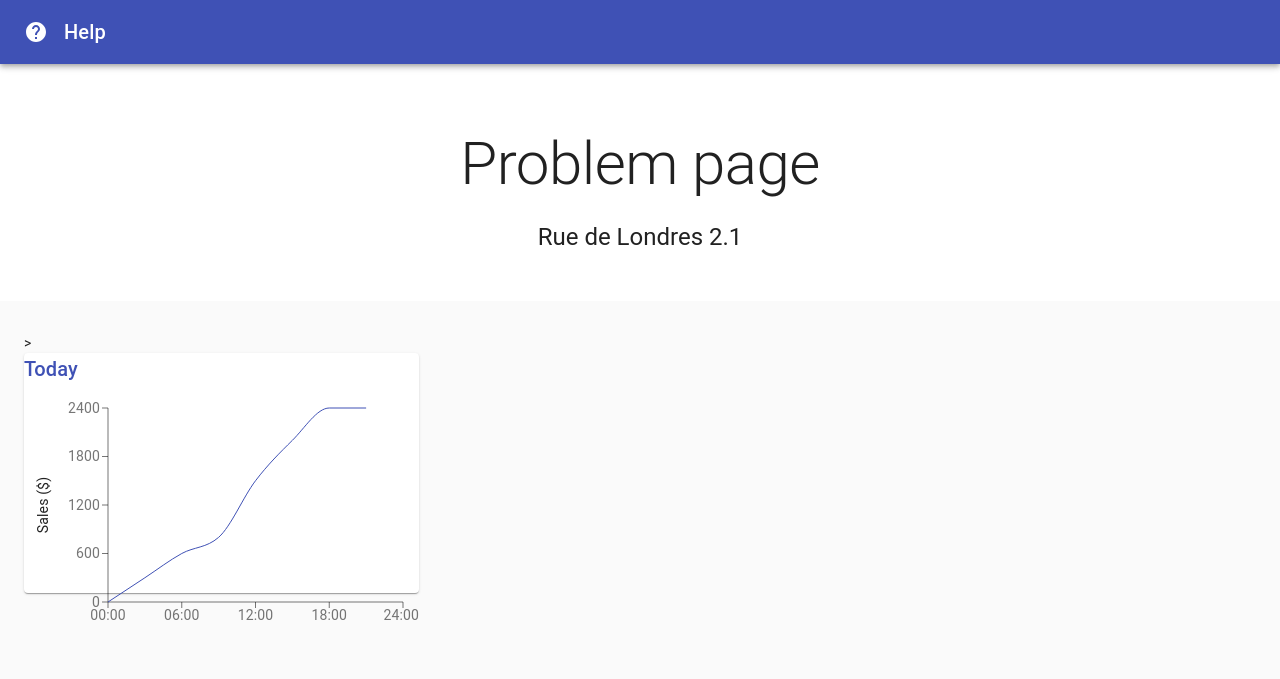
Repository: sapbrussels/intelligenthighway_webapp
Page: /Problempage (app in router/)
The author's editor kept a copy of each file at every save. The page is drawn from the files as they stood at one save, then again after the next save.
The browser window is 1280 px wide. The pictures show the whole page.
The project was rebuilt for these pictures with package versions that can differ from the ones it lists, and the page was loaded fresh each time. Also part of the build but not shown: router/src/App.css, router/src/Login.js, router/src/Maps.js, router/src/Jobspage.js, router/src/Direction.js, router/src/Maintenance.js, router/src/Help.js.

Above is the page before, as saved 2020-03-31 14:56:59.

### router/src/App.js
import React from 'react';
import {BrowserRouter, Route, Switch} from "react-router-dom";
import './App.css';
import Login from './Login';
import Jobspage from'./Jobspage';
import Maintenance from './Maintenance';
import Help from './Help';
import Problempage from './Problempage';

function App() {
  return (
    <BrowserRouter>
    <Switch>
     <Route path='/' exact component={Login}/>
     <Route path='/Jobspage' exact component={Jobspage}/>
     <Route path='/Maintenance' exact component={Maintenance}/>
     <Route path='/Help' exact component={Help}/>
     <Route path='/Problempage' exact component={Problempage}/>
     </Switch>
    </BrowserRouter>

  );
}

export default App;

### router/src/Problempage.js
import React from 'react';
import AppBar from '@material-ui/core/AppBar';
import HelpIcon from '@material-ui/icons/Help';
import Paper from '@material-ui/core/Paper';
import CssBaseline from '@material-ui/core/CssBaseline';
import Grid from '@material-ui/core/Grid';
import Toolbar from '@material-ui/core/Toolbar';
import Typography from '@material-ui/core/Typography';
import { makeStyles } from '@material-ui/core/styles';
import Container from '@material-ui/core/Container';

import Voltage from './Voltage';

const useStyles = makeStyles((theme) => ({
  icon: {
    marginRight: theme.spacing(2),
  },
  heroContent: {
    backgroundColor: theme.palette.background.paper,
    padding: theme.spacing(8, 0, 6),
  },
  heroButtons: {
    marginTop: theme.spacing(4),
  },
  cardGrid: {
    paddingTop: theme.spacing(8),
    paddingBottom: theme.spacing(8),
  },
  card: {
    height: '100%',
    display: 'flex',
    flexDirection: 'column',

  },
  cardMedia: {
    paddingTop: '100%', // 16:9
  },
  cardContent: {
    flexGrow: 1,
  },
  footer: {
    backgroundColor: theme.palette.background.paper,
    padding: theme.spacing(6),
  },
  container: {
    paddingTop: theme.spacing(4),
    paddingBottom: theme.spacing(4),
  },
  paper: {
    height: 240,
  },
}));



export default function Album() {
  const classes = useStyles();

  return (
    <React.Fragment>
      <CssBaseline />
      <AppBar position="relative">
        <Toolbar>
          <HelpIcon className={classes.icon} />
          <Typography variant="h6" color="inherit" noWrap>
            Help
          </Typography>
        </Toolbar>
      </AppBar>
      <main>
        {/* Hero unit */}
        <div className={classes.heroContent}>
          <Container maxWidth="sm">
            <Typography component="h1" variant="h2" align="center" color="textPrimary" gutterBottom>
              Problem page
            </Typography>

              <Grid container spacing={2} justify="center">
                <Grid item>
                <Typography variant="h5">
                 Rue de Londres 2.1
                </Typography>
                </Grid>
              </Grid>

          </Container>
        </div>
        <main className={classes.content}>
        <div className={classes.appBarSpacer} />
        <Container maxWidth="lg" className={classes.container}> {/* lg */}
          <Grid container spacing={3}>
          <Grid  item xs={12} md={8} lg={4}> >
              <Paper className={classes.paper}>
                <Voltage />
              </Paper>
            </Grid>
          </Grid>
        </Container>
      </main>
    </main>
    </React.Fragment>
  );
}

### router/src/listItems.js
import React from 'react';
import ListItem from '@material-ui/core/ListItem';
import ListItemIcon from '@material-ui/core/ListItemIcon';
import ListItemText from '@material-ui/core/ListItemText';
import DashboardIcon from '@material-ui/icons/Dashboard';
import ShoppingCartIcon from '@material-ui/icons/ShoppingCart';
import PeopleIcon from '@material-ui/icons/People';
import { Link } from "react-router-dom";

export const mainListItems = (
  <div>
        <ListItem >
          <ListItemIcon>
            <DashboardIcon />
          </ListItemIcon>
          <ListItemText  primary="jobs page" />
        </ListItem>
      <Link to='/Maintenance'>
          <ListItem button>
          <ListItemIcon>
            <ShoppingCartIcon />
          </ListItemIcon>
          <ListItemText primary="History" />
        </ListItem></Link>
      <Link to='/Help'>
          <ListItem button>
          <ListItemIcon>
            <PeopleIcon />
          </ListItemIcon>
          <ListItemText primary="help" />
        </ListItem></Link>
  </div>
);

### router/src/LightStatus.js
import React from 'react';
import Link from '@material-ui/core/Link';
import { makeStyles } from '@material-ui/core/styles';
import Table from '@material-ui/core/Table';
import TableBody from '@material-ui/core/TableBody';
import TableCell from '@material-ui/core/TableCell';
import TableHead from '@material-ui/core/TableHead';
import TableRow from '@material-ui/core/TableRow';
import Rectangle from 'react-rectangle';
import Title from './Title';



// Generate Order Data
function createData(id, street_light, status,light) {
  return { street_light, status, light};
}

const rows = [
  createData(0, 'Boulevard Avroy 1.9', 'ON', <Rectangle aspectRatio={[3,3]}>
  <div style={{ background: '#008000',  width: '40%', height: '40%' }} />
</Rectangle>),
  createData(1, 'Rue de Londres 2.1', 'OFF',<Rectangle aspectRatio={[3,3]}>
  <div style={{ background: '#FFFFFF', width: '40%', height: '40%' }} />
</Rectangle>),
  createData(2, 'Rue de Londres 2.3', 'X',<Rectangle aspectRatio={[3,3]}>
  <div style={{ background: '#FF0000', width: '40%', height: '40%' }} />
</Rectangle>),
];

function preventDefault(event) {
  event.preventDefault();
}

const useStyles = makeStyles((theme) => ({
  seeMore: {
    marginTop: theme.spacing(3),
    padding: '20px',
    borderRadius:'10px',
  },
}));

export default function LightStatus() {
  const classes = useStyles();
  return (
    <React.Fragment>
      <Title>Light status</Title>
      <Table size="small">
        <TableHead>
          <TableRow>
            <TableCell>street light</TableCell>
            <TableCell>status</TableCell>
            <TableCell></TableCell>
          </TableRow>
        </TableHead>
        <TableBody>
          {rows.map((row) => (
            <TableRow key={row.id}>
              <TableCell>{row.street_light}</TableCell>
              <TableCell> {row.status}</TableCell>
              <TableCell> {row.light}</TableCell>
            </TableRow>
          ))}
        </TableBody>
      </Table>
      <div className={classes.seeMore}>
        <Link color="primary" href="#" onClick={preventDefault}>
          See more lights
        </Link>
      </div>
    </React.Fragment>
  );
}

### router/src/Jobslist.js
import React from 'react';
import {Link} from 'react-router-dom';
import { makeStyles } from '@material-ui/core/styles';
import Table from '@material-ui/core/Table';
import TableBody from '@material-ui/core/TableBody';
import TableCell from '@material-ui/core/TableCell';
import TableHead from '@material-ui/core/TableHead';
import TableRow from '@material-ui/core/TableRow';
import Title from './Title';

// Generate Order Data
function createData(id, location, job, accept, info) {
  return { id, location, job, accept, info };
}

const rows = [
    createData(0, 'Boulevard Avroy 1.9', 'Maintenance',<Link to="/Maintenance"><button>Accept</button></Link>),
    createData(1, 'Rue de Londres 2.1', 'Fix issue',<button>Accept</button>, <Link to="/Problempage"><button>find more info</button></Link>),
];

function preventDefault(event) {
  event.preventDefault();
}

const useStyles = makeStyles((theme) => ({
  seeMore: {
    marginTop: theme.spacing(3),
    padding: '20px',
    borderRadius:'10px',
  },
}));

    export default function Jobslist() {
    const classes = useStyles();
    return (
        <React.Fragment>
        <Title>jobs available</Title>
        <Table size="small">
            <TableHead>
            <TableRow>
                <TableCell>location</TableCell>
                <TableCell>job</TableCell>
                <TableCell>Accept the job</TableCell>
                <TableCell>More info</TableCell>
            </TableRow>
            </TableHead>
            <TableBody>
            {rows.map((row) => (
                <TableRow key={row.id}>
                <TableCell>{row.location}</TableCell>
                <TableCell>{row.job}</TableCell>
                <TableCell>{row.accept}</TableCell>
                <TableCell>{row.info}</TableCell>
                </TableRow>
            ))}
            </TableBody>
        </Table>
        <div className={classes.seeMore}>
            <Link color="primary" href="#" onClick={preventDefault}>
            See more orders
            </Link>
        </div>
        </React.Fragment>
    );
}

### router/src/Checklist.js
import React from 'react';
import Link from '@material-ui/core/Link';
import { makeStyles } from '@material-ui/core/styles';
import Table from '@material-ui/core/Table';
import TableBody from '@material-ui/core/TableBody';
import TableCell from '@material-ui/core/TableCell';
import TableHead from '@material-ui/core/TableHead';
import TableRow from '@material-ui/core/TableRow';
import Title from './Title';
import { Checkbox } from '@material-ui/core';

// Generate Order Data
function createData(id, check, tasks) {
  return { id, check, tasks };
}

const rows = [
  createData(0, <Checkbox></Checkbox>,'Turn all switches OFF & ON to stop dust build up'),
  createData(1, <Checkbox></Checkbox>,'turn all circuit-breakers OFF and reset'),
  createData(2, <Checkbox></Checkbox>,'Check for high resistance joints'),
  createData(3, <Checkbox></Checkbox>,'clean PE cell faces then cover to test functionnality'),
  createData(4, <Checkbox></Checkbox>,'check MEN and earthing'),
  createData(0, <Checkbox></Checkbox>,'Luminaire cleaning and inspection'),
  createData(1, <Checkbox></Checkbox>,'Inspect for any sign of vermin damage in the cabinet'),
  createData(2, <Checkbox></Checkbox>,'Remove grafitit on cabinet'),
  createData(3, <Checkbox></Checkbox>,'Trim all trees that interfere with solar-panels and light output of lulinaires'),
  createData(4, <Checkbox></Checkbox>,'Check all support structures for their integreties'),
  createData(3, <Checkbox></Checkbox>,'Installation, maintenance and replacement of post indentification label'),
  createData(4, <Checkbox></Checkbox>,'Installation, maintenace and replacement of supply point indentification labels'),
];


const useStyles = makeStyles((theme) => ({
  seeMore: {
    marginTop: theme.spacing(3),

  },
}));

export default function Orders() {
  const classes = useStyles();
  return (
    <React.Fragment>
      <Title>Maintenance checklist</Title>
      <Table size="small">
        <TableHead>
          <TableRow>
            <TableCell></TableCell>
            <TableCell>tasks</TableCell>

          </TableRow>
        </TableHead>
        <TableBody>
          {rows.map((row) => (
            <TableRow key={row.id}>
              <TableCell>{row.check}</TableCell>
              <TableCell>{row.tasks}</TableCell>
            </TableRow>
          ))}
        </TableBody>
      </Table>
      <div className={classes.seeMore}>
        <Link><button>Finished</button></Link>
      </div>
    </React.Fragment>
  );
}

### router/src/Voltage.js
import React from 'react';
import { useTheme } from '@material-ui/core/styles';
import { LineChart, Line, XAxis, YAxis, Label, ResponsiveContainer } from 'recharts';
import Title from './Title';

// Generate Sales Data
function createData(time, amount) {
  return { time, amount };
}

const data = [
  createData('00:00', 0),
  createData('03:00', 300),
  createData('06:00', 600),
  createData('09:00', 800),
  createData('12:00', 1500),
  createData('15:00', 2000),
  createData('18:00', 2400),
  createData('21:00', 2400),
  createData('24:00', undefined),
];

export default function Chart() {
  const theme = useTheme();

  return (
    <React.Fragment>
      <Title>Today</Title>
      <ResponsiveContainer>
        <LineChart
          data={data}
          margin={{
            top: 16,
            right: 16,
            bottom: 0,
            left: 24,
          }}
        >
          <XAxis dataKey="time" stroke={theme.palette.text.secondary} />
          <YAxis stroke={theme.palette.text.secondary}>
            <Label
              angle={270}
              position="left"
              style={{ textAnchor: 'middle', fill: theme.palette.text.primary }}
            >
              Sales ($)
            </Label>
          </YAxis>
          <Line type="monotone" dataKey="amount" stroke={theme.palette.primary.main} dot={false} />
        </LineChart>
      </ResponsiveContainer>
    </React.Fragment>
  );
}

### router/src/SensorData.js
import React from 'react';
import {Link} from 'react-router-dom';
import { makeStyles } from '@material-ui/core/styles';
import Table from '@material-ui/core/Table';
import TableBody from '@material-ui/core/TableBody';
import TableCell from '@material-ui/core/TableCell';
import TableHead from '@material-ui/core/TableHead';
import TableRow from '@material-ui/core/TableRow';
import Title from './Title';

// Generate Order Data
function createData(id, sensorstatus, voltage) {
  return { id, sensorstatus, voltage};
}

const rows = [
    createData(0, 'Boulevard Avroy 1.9', 'Maintenance',<Link to="/Maintenance"><button>Accept</button></Link>),
    createData(1, 'Rue de Londres 2.1', 'Fix issue',<button>Accept</button>, <Link to="/Problempage"><button>find more info</button></Link>),
];

function preventDefault(event) {
  event.preventDefault();
}

const useStyles = makeStyles((theme) => ({
  seeMore: {
    marginTop: theme.spacing(3),
    padding: '20px',
    borderRadius:'10px',
  },
}));

    export default function Jobslist() {
    const classes = useStyles();
    return (
        <React.Fragment>
        <Title>jobs available</Title>
        <Table size="small">
            <TableHead>
            <TableRow>
                <TableCell>location</TableCell>
                <TableCell>job</TableCell>
                <TableCell>Accept the job</TableCell>
                <TableCell>More info</TableCell>
            </TableRow>
            </TableHead>
            <TableBody>
            {rows.map((row) => (
                <TableRow key={row.id}>
                <TableCell>{row.location}</TableCell>
                <TableCell>{row.job}</TableCell>
                <TableCell>{row.accept}</TableCell>
                <TableCell>{row.info}</TableCell>
                </TableRow>
            ))}
            </TableBody>
        </Table>
        <div className={classes.seeMore}>
            <Link color="primary" href="#" onClick={preventDefault}>
            See more orders
            </Link>
        </div>
        </React.Fragment>
    );
}

### router/src/CommunityData.js
import React from 'react';
import {Link} from 'react-router-dom';
import { makeStyles } from '@material-ui/core/styles';
import Table from '@material-ui/core/Table';
import TableBody from '@material-ui/core/TableBody';
import TableCell from '@material-ui/core/TableCell';
import TableHead from '@material-ui/core/TableHead';
import TableRow from '@material-ui/core/TableRow';
import Title from './Title';

// Generate Order Data
function createData(id, location, job, accept, info) {
  return { id, location, job, accept, info };
}

const rows = [
    createData(0, 'Boulevard Avroy 1.9', 'Maintenance',<Link to="/Maintenance"><button>Accept</button></Link>),
    createData(1, 'Rue de Londres 2.1', 'Fix issue',<button>Accept</button>, <Link to="/Problempage"><button>find more info</button></Link>),
];

function preventDefault(event) {
  event.preventDefault();
}

const useStyles = makeStyles((theme) => ({
  seeMore: {
    marginTop: theme.spacing(3),
    padding: '20px',
    borderRadius:'10px',
  },
}));

    export default function Jobslist() {
    const classes = useStyles();
    return (
        <React.Fragment>
        <Title>jobs available</Title>
        <Table size="small">
            <TableHead>
            <TableRow>
                <TableCell>location</TableCell>
                <TableCell>job</TableCell>
                <TableCell>Accept the job</TableCell>
                <TableCell>More info</TableCell>
            </TableRow>
            </TableHead>
            <TableBody>
            {rows.map((row) => (
                <TableRow key={row.id}>
                <TableCell>{row.location}</TableCell>
                <TableCell>{row.job}</TableCell>
                <TableCell>{row.accept}</TableCell>
                <TableCell>{row.info}</TableCell>
                </TableRow>
            ))}
            </TableBody>
        </Table>
        <div className={classes.seeMore}>
            <Link color="primary" href="#" onClick={preventDefault}>
            See more orders
            </Link>
        </div>
        </React.Fragment>
    );
}

Loaded but not shown: router/public/index.html (common file); router/src/index.js (common file); router/src/index.css (common file); router/src/serviceWorker.js (common file); router/src/Title.js (common file)

After the next save:
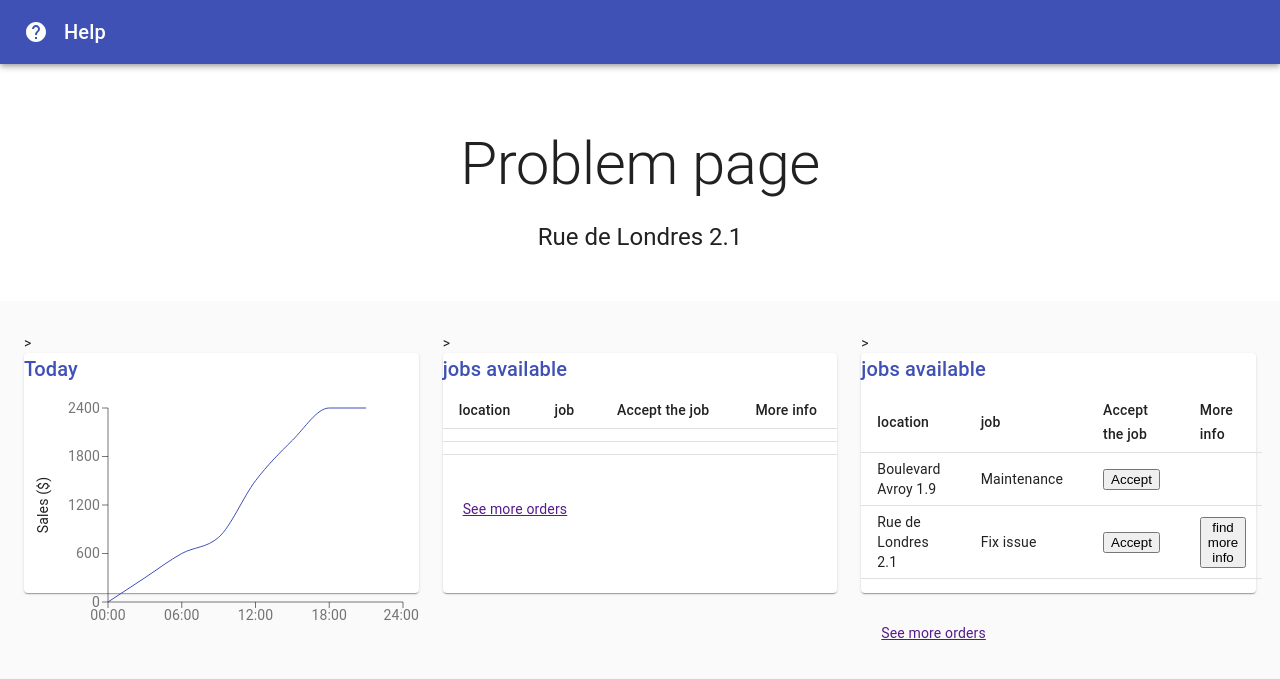
Saved 2 min 42 s later.
--- a/router/src/Problempage.js
+++ b/router/src/Problempage.js
@@ -8,7 +8,8 @@ import Toolbar from '@material-ui/core/Toolbar';
 import Typography from '@material-ui/core/Typography';
 import { makeStyles } from '@material-ui/core/styles';
 import Container from '@material-ui/core/Container';
-
+import SensorData from './SensorData';
+import CommunityData from './CommunityData';
 import Voltage from './Voltage';
 
 const useStyles = makeStyles((theme) => ({
@@ -94,6 +95,16 @@ export default function Album() {
                 <Voltage />
               </Paper>
             </Grid>
+            <Grid  item xs={12} md={8} lg={4}> >
+              <Paper className={classes.paper}>
+                <SensorData />
+              </Paper>
+            </Grid>
+            <Grid  item xs={12} md={8} lg={4}> >
+              <Paper className={classes.paper}>
+                <CommunityData />
+              </Paper>
+            </Grid>
           </Grid>
         </Container>
       </main>
